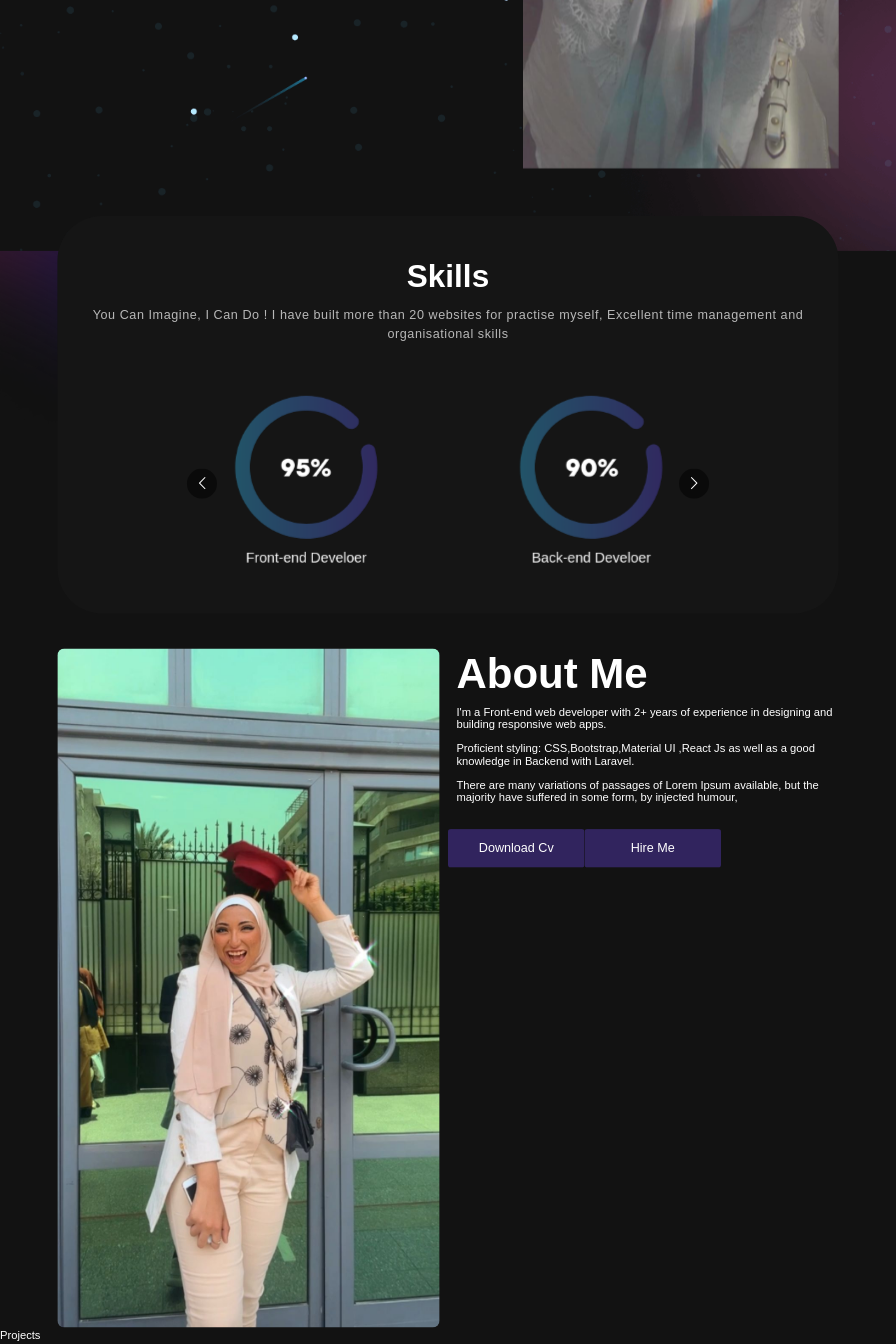
Repository: OmniaRafat232111121/portfolio
Page: /
An editor plug-in stored every save of this project. The page is shown before and after a run of saves, followed by the edit.
The browser window is 1280 px wide. The pictures show the part of the page from y = 829 to 2749 px (the page is 2749 px tall), at 70% of full size.
The project was rebuilt for these pictures with package versions that can differ from the ones it lists, and the page was loaded fresh each time. Also part of the build but not shown: webpack.config.js.

Above is the page before, as saved 2022-07-20 03:22:09.

### src/index.js
import React from 'react';
import {StrictMode} from 'react';
import ReactDOM from 'react-dom';
import {createRoot} from 'react-dom/client';
import App from './App';
const rootElement = document.getElementById('root');
const root = createRoot(rootElement);
root.render(
  <StrictMode>
    <App />
  </StrictMode>,
);

### src/App.js
import React from 'react'
import './App.css'
import 'bootstrap/dist/css/bootstrap.min.css';
import { NavBar }  from './components/NavBar'
import Banner from './components/Banner';
import Skills from './components/Skills';
import Projects from './components/Projects';
import About from './components/About';
const App = () => {
  return (
    <div className="App">
    <NavBar />
    <Banner />
    <Skills />
    <About />
    <Projects />
    </div>
  )
}

export default App

### src/App.css
* {
  margin: 0;
  padding: 0;
  box-sizing: border-box;
}

html {
  scroll-behavior: smooth;
  scroll-padding-top: 75px;
}

body {
  font-weight: 400;
  overflow-x: hidden;
  position: relative;
  background-color: #121212 !important;
  color: #fff !important;
  font-family: 'Centra', sans-serif !important;
}

h1, h2, h3, h4, h5, h6 {
  margin: 0;
  padding: 0;
  line-height: normal;
}

p, a, li, button, ul {
  margin: 0;
  padding: 0;
  line-height: normal;
  text-decoration: none;
}

a:hover {
  text-decoration: none;
}

img {
  width: 100%;
  height: auto;
}

button {
  border: 0;
  background-color: transparent;
}

input:focus, textarea:focus, select:focus {
  outline: none;
}

@media (min-width:1700px) {
	main .container {
		max-width: 100%;
		padding: 0 150px;
	}
}

p.success {
	color: green;
}

p.danger {
	color: red;
}
/************ Navbar Css ************/
nav.navbar {
  padding: 18px 0;
  position: fixed;
  width: 100%;
  top: 0;
  z-index: 9999;
  transition:  0.32 ease-in-out;
}
nav.navbar.scrolled {
  padding: 0px 0;
  background-color: #121212;
}
nav.navbar a.navbar-brand {
    width: 9%;
}
nav.navbar .navbar-nav .nav-link.navbar-link {
  font-weight: 400;
  color: #fff !important;
  letter-spacing: 0.8px;
  padding: 0 25px;
  font-size: 18px;
  opacity: 0.75;
}
nav.navbar .navbar-nav a.nav-link.navbar-link:hover,
nav.navbar .navbar-nav a.nav-link.navbar-link.active {
    opacity: 1;
}
span.navbar-text {
    display: flex;
    align-items: center;
}
.social-icon {
    display: inline-block;
    margin-left: 14px;
}
.social-icon a {
    width: 42px;
    height: 42px;
    background: rgba(217, 217, 217, 0.1);
    display: inline-flex;
    border-radius: 50%;
    margin-right: 6px;
    align-items: center;
    justify-content: center;
    line-height: 1;
    border: 1px solid rgba(255, 255, 255, 0.5);
}
.social-icon a::before {
    content: "";
    width: 42px;
    height: 42px;
    position: absolute;
    background-color: #ffffff;
    border-radius: 50%;
    transform: scale(0);
	transition: 0.3s ease-in-out;
}
.social-icon a:hover::before {
    transform: scale(1);
}
.social-icon a img {
	width: 40%;
	z-index: 1;
	transition: 0.3s ease-in-out;
}
.social-icon a:hover img {
	filter: brightness(0) saturate(100%) invert(0%) sepia(7%) saturate(98%) hue-rotate(346deg) brightness(95%) contrast(86%);
}
.navbar-text button {
  font-weight: 700;
  color: #fff;
  border: 1px solid #fff;
  padding: 18px 34px;
  font-size: 18px;
  margin-left: 18px;
	position: relative;
	background-color: transparent;
	transition: 0.3s ease-in-out;
}
.navbar-text button span {
  z-index: 1;
}
.navbar-text button::before {
  content: "";
  width: 0%;
  height: 100%;
  position: absolute;
  background-color: #fff;
  left: 0;
  top: 0;
  z-index: -1;
  transition: 0.3s ease-in-out;
}
.navbar-text button:hover {
  color: #121212;
}
.navbar-text button:hover::before {
	content: "";
	width: 100%;
	height: 100%;
	position: absolute;
}
nav.navbar .navbar-toggler:active,
nav.navbar .navbar-toggler:focus {
	outline: none;
    box-shadow: none;
}
nav.navbar .navbar-toggler-icon {
  width: 24px;
  height: 17px;
  background-image: none;
  position: relative;
  border-bottom: 2px solid #fff;
  transition: all 300ms linear;
  top: -2px;
}
nav.navbar .navbar-toggler-icon:focus {
	border-bottom: 2px solid #fff;
}
nav.navbar .navbar-toggler-icon:after,
nav.navbar .navbar-toggler-icon:before {
	width: 24px;
	position: absolute;
	height: 2px;
	background-color: #fff;
	top: 0;
	left: 0;
	content: '';
	z-index: 2;
	transition: all 300ms linear;
	-webkit-transition:;
	-moz-transition:;
	-ms-transition:;
	-o-transition:;
}
nav.navbar .navbar-toggler-icon:after {
	top: 8px;
}

nav.navbar .navbar-toggler[aria-expanded="true"] .navbar-toggler-icon:after {
	transform: rotate(45deg);
	background-color: #fff;
	height: 2px;
	-webkit-transform: rotate(45deg);
	-moz-transform: rotate(45deg);
	-ms-transform: rotate(45deg);
	-o-transform: rotate(45deg);
}
nav.navbar .navbar-toggler[aria-expanded="true"] .navbar-toggler-icon:before {
	transform: translateY(8px) rotate(-45deg);
	background-color: #fff;
	height: 2px;
}
nav.navbar .navbar-toggler[aria-expanded="true"] .navbar-toggler-icon {
	border-color: transparent;
}
/*Banner css*/
.banner{
  margin-top:0;
  padding:260px 0 100px 0;
  background-image: url('./assets/img/banner-bg.png');
  background-position: top center;
  background-size: cover;
  background-repeat: no-repeat;
}

.banner .tagline{
  font-weight:700;
  letter-spacing:0.8px;
  padding:8px 10px;
  font-size: 20px;
  margin-bottom: 16px;
  display: inline-block;
  background: linear-gradient(90.21deg, rgba(81, 54, 170, 0.5) -5.91%, rgba(47, 153, 189, 0.5) 111.58%);
  border: 1px solid rgba(255, 255, 255, 0.5);
}



.banner p {
  color: #B8B8B8;
  font-size: 18px;
  letter-spacing: 0.8px;
  line-height: 1.5em;
  width: 96%;
}
.banner button {
  color: #fff;
  font-weight: 700;
  font-size: 20px;
  margin-top: 60px;
  letter-spacing: 0.8px;
  display: flex;
  align-items: center;
}
.banner button svg {
  font-size: 25px;
  margin-left: 10px;
  transition: 0.3s ease-in-out;
  line-height: 1;
}
.banner button:hover svg {
  margin-left: 25px;
}
.banner img {
  animation: updown 3s linear infinite;
}
@keyframes updown {
    0% {
        transform: translateY(-20px);
    }
    50% {
        transform: translateY(20px);
    }
    100% {
        transform: translateY(-20px);
    }
}
.txt-rotate > .wrap {
  border-right: 0.08em solid #666;
}

/*skill*/
.skill{
  padding:0 0 50px 0;
  position:realtive;
}
.skill-bx{
  background: #151515;
  border-radius: 64px;
  text-align: center;
  padding:60px 50px;
  margin-top: -50px;
  -webkit-border-radius: 64px;
  -moz-border-radius: 64px;
  -ms-border-radius: 64px;
  -o-border-radius: 64px;

}

.skill h2 {
	font-size: 45px;
	font-weight: 700;
  display: flex;
  align-items: center;
  justify-content: center;
}
.skill p {
    color: #B8B8B8;
    font-size: 18px;
    letter-spacing: 0.8px;
    line-height: 1.5em;
    margin: 14px 0 75px 0;
    text-align: center;

}
.skill-slider {
  width: 80%;
  margin: 0 auto;
  position: relative;
}
.skill-slider .item img {
  width: 50%;
  margin: 0 auto 15px auto;
}
.background-image-left {
  top: 28%;
  position: absolute;
  bottom: 0;
  width: 40%;
  z-index: -4;
}

### src/components/NavBar.js
import React from "react";
import { useState,useEffect } from 'react'
import { Navbar, Nav, Container } from "react-bootstrap";
import Logo from '../assets/img/logo.svg'
import navIcon1 from '../assets/img/nav-icon1.svg'
import navIcon2 from '../assets/img/nav-icon2.svg'
import navIcon3 from '../assets/img/nav-icon3.svg'
import {
  BrowserRouter as Router
} from "react-router-dom";

export const NavBar = () => {

  const [activeLink, setActiveLink] = useState('home');
  const [scrolled, setScrolled] = useState(false);

  useEffect(() => {
    const onScroll = () => {
      if (window.scrollY > 50) {
        setScrolled(true);
      } else {
        setScrolled(false);
      }
    }

    window.addEventListener("scroll", onScroll);

    return () => window.removeEventListener("scroll", onScroll);
  }, [])
  const onUpdateActiveLink = (value) => {
    setActiveLink(value);
  }
return (
  <Router>
    <Navbar expand="md" className={scrolled ? "scrolled" : ""}>
      <Container>
        <Navbar.Brand href="/">
          <img src={Logo} alt="Logo" />
        </Navbar.Brand>
        <Navbar.Toggle aria-controls="basic-navbar-nav">
          <span className="navbar-toggler-icon"></span>
        </Navbar.Toggle>
        <Navbar.Collapse id="basic-navbar-nav">
          <Nav className="ms-auto">
            <Nav.Link href="#home" className={activeLink === 'home' ? 'active navbar-link' : 'navbar-link'} onClick={() => onUpdateActiveLink('home')}>Home</Nav.Link>
            <Nav.Link href="#skills" className={activeLink === 'skills' ? 'active navbar-link' : 'navbar-link'} onClick={() => onUpdateActiveLink('Skills')}>Skills</Nav.Link>
            <Nav.Link href="#projects" className={activeLink === 'projects' ? 'active navbar-link' : 'navbar-link'} onClick={() => onUpdateActiveLink('projects')} >Projects</Nav.Link>
          </Nav>
          <span className="navbar-text">
            <div className="social-icon">
              <a href="https://www.linkedin.com/in/omnia-rafat-0125191b8/"><img src={navIcon1} alt="" /></a>
              <a href="https://www.facebook.com/omnia.rafat.547/"><img src={navIcon2} alt="" /></a>
              <a href=""><img src={navIcon3} alt="" /></a>
            </div>

              <button className="vvd"><span>Let’s Connect</span></button>

          </span>
        </Navbar.Collapse>
      </Container>
    </Navbar>
  </Router>
)
}

### src/components/Banner.js
import React,{useState,useEffect} from 'react'
import bab from '../assets/img/bab.jpeg'
import { ArrowRightCircle } from 'react-bootstrap-icons';
import { Container, Row, Col } from "react-bootstrap";
const Banner = () => {
    const [loopNum, setLoopNum] = useState(0);
    const [isDeleting, setIsDeleting] = useState(false);
    const [text, setText] = useState('');
    const [delta, setDelta] = useState(300 - Math.random() * 100);
    const [index, setIndex] = useState(1);
    const toRotate = [ "front-end Developer", "Back-end Developer", "UI/UX Designer" ];
    const period = 2000;

    useEffect(() => {
      let ticker = setInterval(() => {
        tick();
      }, delta);

      return () => { clearInterval(ticker) };
    }, [text])

    const tick = () => {
      let i = loopNum % toRotate.length;
      let fullText = toRotate[i];
      let updatedText = isDeleting ? fullText.substring(0, text.length - 1) : fullText.substring(0, text.length + 1);

      setText(updatedText);

      if (isDeleting) {
        setDelta(prevDelta => prevDelta / 2);
      }

      if (!isDeleting && updatedText === fullText) {
        setIsDeleting(true);
        setIndex(prevIndex => prevIndex - 1);
        setDelta(period);
      } else if (isDeleting && updatedText === '') {
        setIsDeleting(false);
        setLoopNum(loopNum + 1);
        setIndex(1);
        setDelta(500);
      } else {
        setIndex(prevIndex => prevIndex + 1);
      }
    }


  return (
    <section className="banner" id="home">
      <Container>
        <Row className="align-items-center">
        <Col  xs={12} md={6} xl={7} >
        <span className="tagline"> Welcome to my Portfolio</span>
       <h1>{`Hi! I'm Omnia`} <span className="txt-rotate" dataPeriod="1000" data-rotate='[ "frot-end Developer", "Back-end Developerr" ]'><span className="wrap">{text}</span></span></h1>

       <p>I'm a front-end web developer with 2 years of experience designing and building responsive web apps.
       Good at CSS, JavaScript 🟡, React, as well as good knowledge in Backend with Laravel</p>
       <button onClick={()=>console.log('connect')}>Lets Connect  <ArrowRightCircle  size={23}/></button>
       </Col>
       <Col xs={12} md={6} xl={5}>
         <img src={bab} alt="Header Img" />
       </Col>
        </Row>
      </Container>
    </section>
  )
}

export default Banner

### src/components/Skills.js

import React, { useState } from "react";
import {Container,Row,Col} from'react-bootstrap'
import { MultiSelect } from "react-multi-select-component";
import Carousel from 'react-multi-carousel';
import 'react-multi-carousel/lib/styles.css';
import meter1 from "../assets/img/meter1.svg";
import meter2 from "../assets/img/meter2.svg";
import meter3 from "../assets/img/meter3.svg";
import colorSharp from "../assets/img/color-sharp.png"
const skills = () => {

    const responsive = {
        superLargeDesktop: {
          // the naming can be any, depends on you.
          breakpoint: { max: 4000, min: 3000 },
          items: 5
        },
        desktop: {
          breakpoint: { max: 3000, min: 1024 },
          items: 3
        },
        tablet: {
          breakpoint: { max: 1024, min: 464 },
          items: 2
        },
        mobile: {
          breakpoint: { max: 464, min: 0 },
          items: 1
        }
      };

  return (
 <section className="skill" id='skills'>
 <Container>
 <Row>
 <Col>
<div className="skill-bx wow zoomIn">
<h2> Skills</h2>
<p>You Can Imagine,
I Can Do !
I have built more than 20 websites for practise myself, Excellent time management and organisational skills</p>
<Carousel responsive={responsive} infinite={true} className="skill-slider">
<div className="item">
<img src={meter1} alt="Image" />
<h5>Front-end Develoer</h5>

</div>


<div className="item">
<img src={meter3} alt="Image" />
<h5>Back-end Develoer</h5>

</div>


<div className="item">
<img src={meter2} alt="Image" />
<h5>web Design</h5>
</div>

</Carousel>
</div>
 </Col>
 </Row>
 </Container>
 <img className="background-image-left" src={colorSharp} alt="Image" />
 </section>
  )
}

export default skills

### src/components/About.js
import React from "react";
import './About.css'
import Graduated from '../assets/img/Graduated.jpeg'
import { Container, Row, Col } from "react-bootstrap";
function About() {
  //  Up To Top Btn
    window.addEventListener("scroll", function(){
      const upToTop = document.querySelector("a.bottom__to__top");
       upToTop.classList.toggle("active", window.scrollY > 0)
    });
  return (
    <div className="about component__space" id="About">
      <Container>
        <Row>
          <Col className="col__2">
            <img src={Graduated} alt="" className="about__img" />
          </Col>
          <Col className="col__2">
            <h1 className="about__heading">About Me</h1>
            <div className="about__meta">
              <p className="about__text p__color">
              I'm a Front-end web developer with 2+ years of experience in designing and building responsive web apps.
              </p>
              <p className="about__text p__color">
              Proficient styling: CSS,Bootstrap,Material UI ,React Js as well as a good knowledge in Backend with Laravel.
              </p>
              <p className="about__text p__color">
                There are many variations of passages of Lorem Ipsum available,
                but the majority have suffered in some form, by injected humour,
              </p>
              <Row>
              <Col className="about__button d__flex align-items-center ">
                <a href="#">
                  <button className="about btn pointer">Download Cv</button>
                </a>

                <a href="#">
                  <button className="about btn pointer">Hire Me</button>
                </a>
              </Col>

                  </Row>
            </div>
          </Col>
          </Row>
        </Container>

      {/* UP TO TOP BTN */}
      <div className="up__to__top__btn">
        <a href="#" className="bottom__to__top">
        <svg
          xmlns="http://www.w3.org/2000/svg"
          width="16"
          height="16"
          fill="currentColor"
          class="bi bi-chevron-up white"
          viewBox="0 0 16 16"
        >
          <path
            fill-rule="evenodd"
            d="M7.646 4.646a.5.5 0 0 1 .708 0l6 6a.5.5 0 0 1-.708.708L8 5.707l-5.646 5.647a.5.5 0 0 1-.708-.708l6-6z"
          />
        </svg>
        </a>
      </div>
    </div>
  );
}

export default About;

### src/components/About.css
.about{
    background: #121212;
  }
img.about__img{
    border-radius: 10px;

  }
  h1.about__heading{
    margin-bottom: 10px;
    font-weight: 700;
    text-align: start;
    font-family: Montserrat,sans-serif;
    font-size: 60px;
  }
  button.about.btn.pointer {
    text-transform: capitalize;
    width: 195px;
    height: 55px;
    font-size: 18px;
    transition: .4s ease;
    background-color: rgba(81, 54, 170, 0.5);
    color:#fff;
    -webkit-transition: .4s ease;
    -moz-transition: .4s ease;
    -ms-transition: .4s ease;
    -o-transition: .4s ease;
}
  .about__button{
    padding: 20px 0px;

  }
  a.bottom__to__top{
    height: 40px;
    width: 40px;
    position: fixed;

    bottom: 3%;
    right: 2%;
    background-color: rgba(47, 153, 189, 0.5);
    border-radius: 50%;
    cursor: pointer;
    display: none;
    align-items: center;
    justify-content: center;
    transition: .4s all ease;
    z-index: 1000;
    -webkit-border-radius:;
    -moz-border-radius:;
    -ms-border-radius:;
    -o-border-radius:;
    -webkit-transition: .4s all ease;
    -moz-transition: .4s all ease;
    -ms-transition: .4s all ease;
    -o-transition: .4s all ease;
}
  a.bottom__to__top.active{
    display: flex;
  }
  /* RESPONSIVE */
  @media only screen and (max-width: 1024px){
    .p__color{
        font-size: 15px!important;
    }
  }
  @media only screen and (max-width: 425px){
  button.about.btn.pointer {
    text-transform: capitalize;
    width: 165px;
    height: 50px;
    font-size: 13px;
    transition: .4s ease;
  }
  }

Loaded but not shown: public/index.html (common file); src/components/Projects.js (common file)

After the next 7 saves:
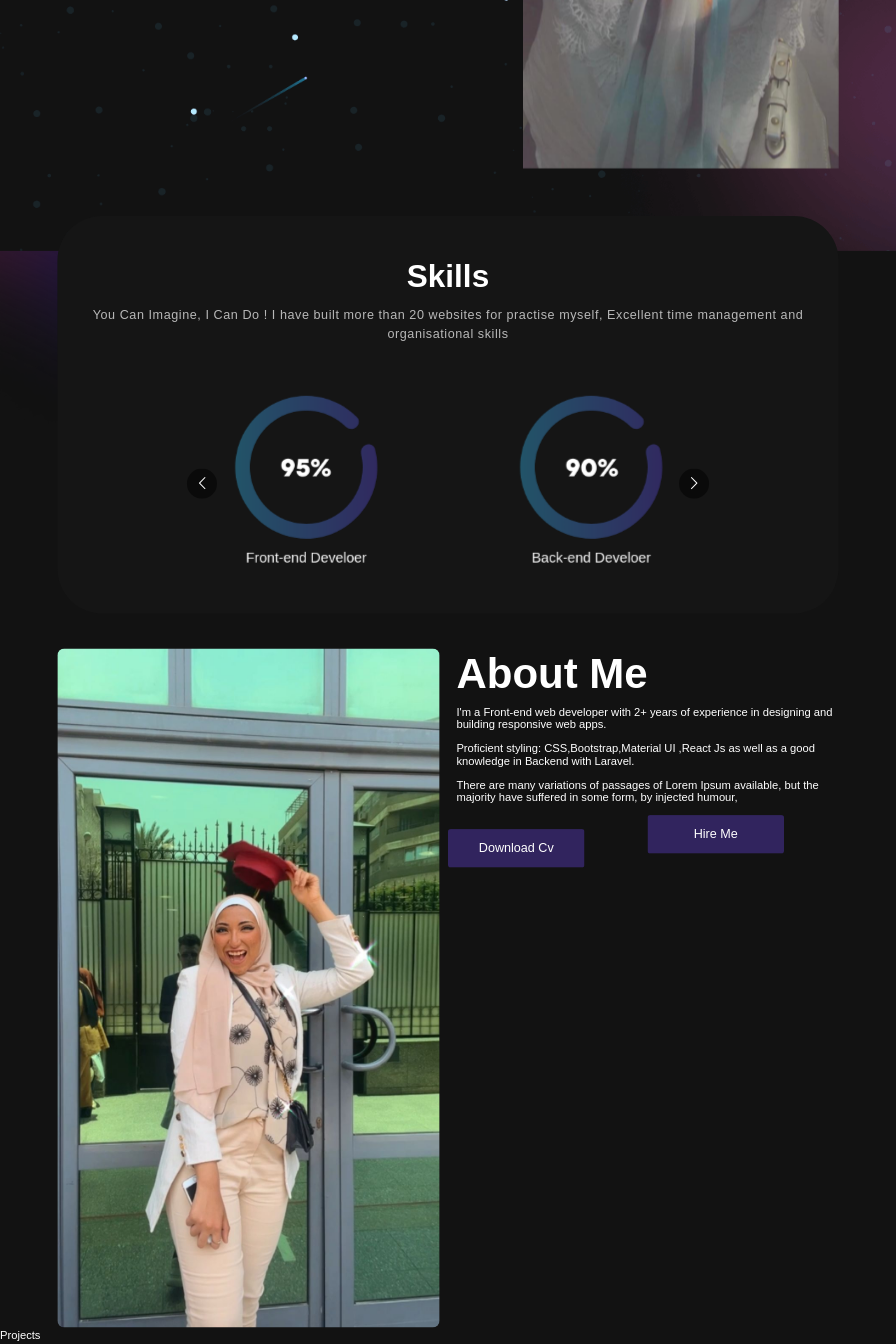
The 7 saves are shown as one change because they came seconds apart.
The last was saved 13 s later.
--- a/src/components/About.js
+++ b/src/components/About.js
@@ -33,7 +33,8 @@ function About() {
                 <a href="#">
                   <button className="about btn pointer">Download Cv</button>
                 </a>
-
+                </Col>
+                <Col>
                 <a href="#">
                   <button className="about btn pointer">Hire Me</button>
                 </a>
